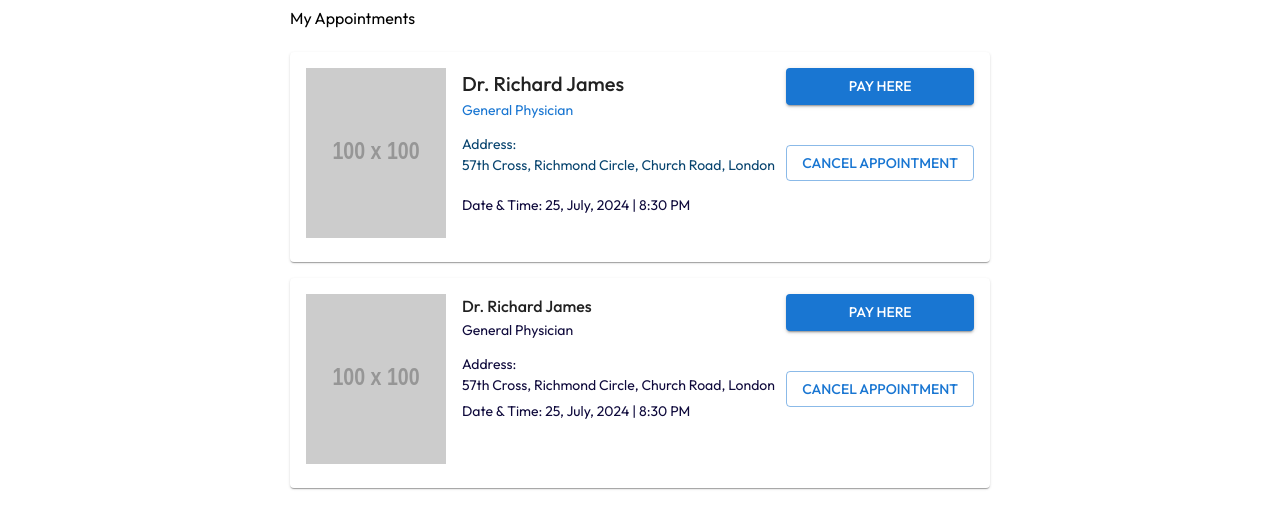
Repository: Ali-Dmerdash/DEPI_GRAD
Page: /
The author's editor kept a copy of each file at every save. The page is drawn from the files as they stood at one save, then again after the next save.
The browser window is 1280 px wide. The pictures show the whole page.
The project was rebuilt for these pictures with package versions that can differ from the ones it lists, and the page was loaded fresh each time. Also part of the build but not shown: vite.config.ts.

Above is the page before, as saved 2024-10-08 21:18:49.

### src/App.tsx
import "./App.css";
import "react-router-dom";
import { library } from "@fortawesome/fontawesome-svg-core";
import { fab } from "@fortawesome/free-brands-svg-icons";
import { fas } from "@fortawesome/free-solid-svg-icons";
import { far } from "@fortawesome/free-regular-svg-icons";
import Myappointment from "./pages/myappointment";

function App() {
  return (
    <>
      <Myappointment />
    </>
  );
}

export default App;
library.add(fab, fas, far);

### src/index.css
@import url("https://fonts.googleapis.com/css2?family=Outfit:wght@100..900&display=swap");

body {
  font-family: "Outfit", sans-serif;
  color: var(--text-color);
}

:root {
  --primary-color: #07456f;
  --secondary-color: #009f9d;
  --text-color: #0f0a3c;
  --card-button-color: #ace6f6;
  --border-color: #adadad;
}

### src/App.css
@import "./App.css";

body {
  color: var(--text-color);
}

### src/pages/myappointment/index.tsx
import React from "react";
import { Box, Card, CardContent, Typography, Button } from "@mui/material";

const MyAppointment: React.FC = () => {
  return (
    <>
      <Box sx={{ maxWidth: 700, margin: "0 auto" }}>
        <Typography variant="body" color="initial">
          My Appointments
        </Typography>
        <Card sx={{ marginBottom: 2, marginTop: 3 }}>
          <CardContent>
            <Box display="flex" alignItems="flex-start">
              <img
                src="https://via.placeholder.com/100"
                alt="Doctor"
                style={{ width: "140px", height: "170px", marginRight: "16px" }}
              />
              <Box flexGrow={1}>
                <Typography variant="h6" fontSize="20px">
                  Dr. Richard James
                </Typography>
                <Typography
                  color="primary"
                  fontSize="14px"
                  sx={{ marginBottom: "4%" }}
                >
                  General Physician
                </Typography>
                <Typography
                  color="#08446f"
                  fontSize="14px"
                  sx={{ marginBottom: "6%" }}
                >
                  Address: <br /> 57th Cross, Richmond Circle, Church Road,
                  London
                </Typography>
                <Typography color="#0F0A3C" fontSize="14px">
                  Date & Time: 25, July, 2024 | 8:30 PM
                </Typography>
              </Box>
              <Box
                display="flex"
                flexDirection="column"
                justifyContent="flex-end"
              >
                <Button variant="contained" color="primary">
                  Pay here
                </Button>
                <Button
                  variant="outlined"
                  color="primary"
                  sx={{ marginTop: 5 }}
                >
                  Cancel appointment
                </Button>
              </Box>
            </Box>
          </CardContent>
        </Card>

        <Card>
          <CardContent>
            <Box display="flex" alignItems="flex-start">
              <img
                src="https://via.placeholder.com/100"
                alt="Doctor"
                style={{ width: "140px", height: "170px", marginRight: "16px" }}
              />
              <Box flexGrow={1}>
                <Typography variant="h6" fontSize="16px">
                  Dr. Richard James
                </Typography>
                <Typography
                  color="#0F0A3C"
                  fontSize="14px"
                  sx={{ marginBottom: "4%" }}
                >
                  General Physician
                </Typography>
                <Typography
                  color="#0F0A3C"
                  fontSize="14px"
                  sx={{ marginBottom: "5px" }}
                >
                  Address: <br />
                  57th Cross, Richmond Circle, Church Road, London
                </Typography>
                <Typography color="#0F0A3C" fontSize="14px">
                  Date & Time: 25, July, 2024 | 8:30 PM
                </Typography>
              </Box>
              <Box
                display="flex"
                flexDirection="column"
                justifyContent="flex-end"
              >
                <Button variant="contained" color="primary">
                  Pay here
                </Button>

                <Button
                  variant="outlined"
                  color="primary"
                  sx={{ marginTop: 5 }}
                >
                  Cancel appointment
                </Button>
              </Box>
            </Box>
          </CardContent>
        </Card>
      </Box>
    </>
  );
};

export default MyAppointment;

Loaded but not shown: index.html (common file); src/main.tsx (common file)

After the next save:
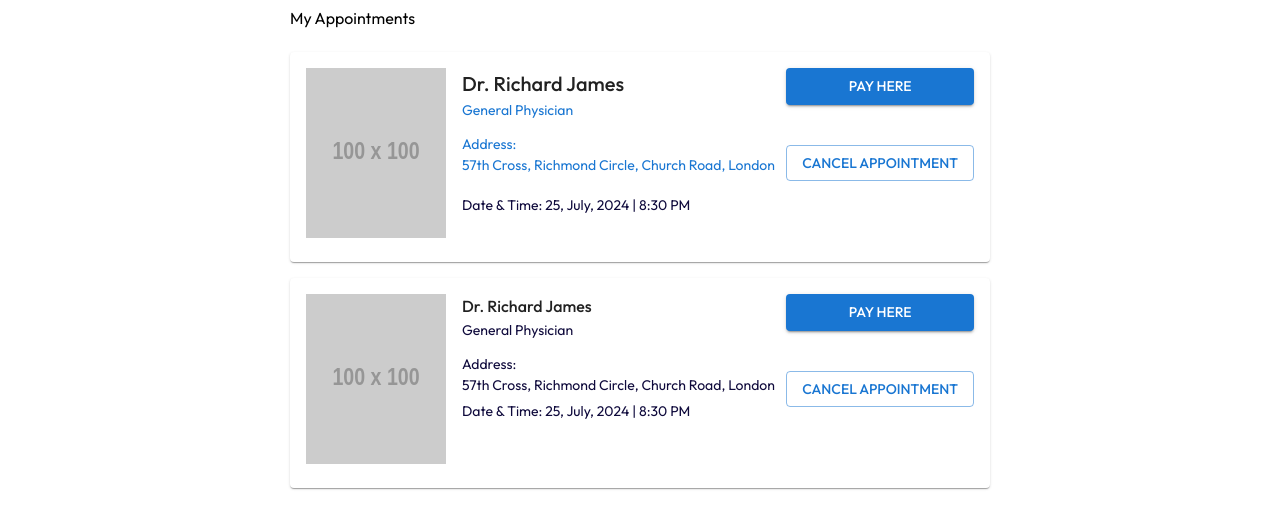
Saved 9 s later.
--- a/src/pages/myappointment/index.tsx
+++ b/src/pages/myappointment/index.tsx
@@ -28,7 +28,7 @@ const MyAppointment: React.FC = () => {
                   General Physician
                 </Typography>
                 <Typography
-                  color="#08446f"
+                  color="primary"
                   fontSize="14px"
                   sx={{ marginBottom: "6%" }}
                 >
